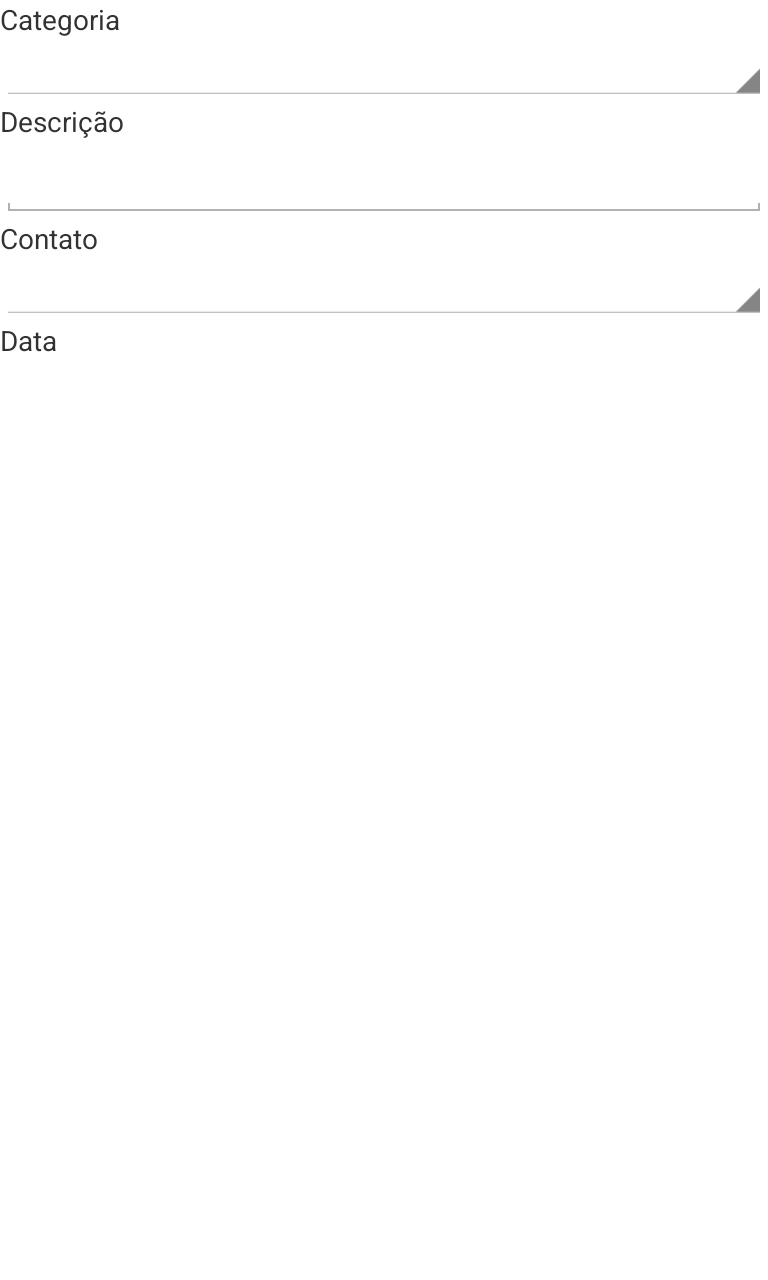
Repository: felipemfp/android-workspace
Layout: Aula06/res/layout/activity_novo_emprestimo.xml
The author's editor kept a copy of each file at every save. The layout is drawn from the files as they stood at one save, then again after a run of saves.
It is drawn on a 768 x 1280 px phone screen (xhdpi) without system bars, with theme AppTheme; the app's code is not run.

Above is the layout before, as saved 2015-12-17 02:13:39.

### Aula06/res/layout/activity_novo_emprestimo.xml
<?xml version="1.0" encoding="utf-8"?>
<LinearLayout xmlns:android="http://schemas.android.com/apk/res/android"
    android:layout_width="match_parent"
    android:layout_height="match_parent"
    android:orientation="vertical" >

	<TextView
	        android:layout_width="match_parent"
	        android:layout_height="wrap_content"
	        android:text="@string/categoria" />

	<Spinner
	        android:layout_width="match_parent"
	        android:layout_height="wrap_content"
	        android:id="@+id/ne_catg" />

	<TextView
	        android:layout_width="match_parent"
	        android:layout_height="wrap_content"
	        android:text="@string/descricao" />

	<EditText
	        android:layout_width="match_parent"
	        android:layout_height="wrap_content"
	        android:id="@+id/ne_desc"/>

	<TextView
	        android:layout_width="match_parent"
	        android:layout_height="wrap_content"
	        android:text="@string/contato" />

	<Spinner
	        android:layout_width="match_parent"
	        android:layout_height="wrap_content"
	        android:id="@+id/ne_nome"/>

	<TextView
	        android:layout_width="match_parent"
	        android:layout_height="wrap_content"
	        android:text="@string/data" />

	<EditText />

	<LinearLayout>

	    <Button/>
	    <Button/>

	</LinearLayout>

</LinearLayout>

### Aula06/res/values/strings.xml
<?xml version="1.0" encoding="utf-8"?>
<resources>

    <string name="app_name">Controle de Empréstimo</string>
    <string name="action_settings">Settings</string>
    <string name="novo">Novo</string>
    <string name="categoria">Categoria</string>
    <string name="contato">Contato</string>
    <string name="data">Data</string>
    <string name="descricao">Descrição</string>
    <string name="cancelar">Cancelar</string>
    <string name="inserir">Inserir</string>
    <string name="infoDescricao">Descrição não informada!</string>
    <string name="infoContato">Contato não informado!</string>
    <string name="infoData">Data não informada!</string>
    <string name="ok">OK</string>

    <string-array name="listaCategoria">
        <item>BD</item>
        <item>CD</item>
        <item>DVD</item>
        <item>Livro</item>
    </string-array>

</resources>

Loaded but not shown: Aula06/res/values/styles.xml (common file); Aula06/res/values-v11/styles.xml (common file); Aula06/res/values-v14/styles.xml (common file)

After the next 3 saves:
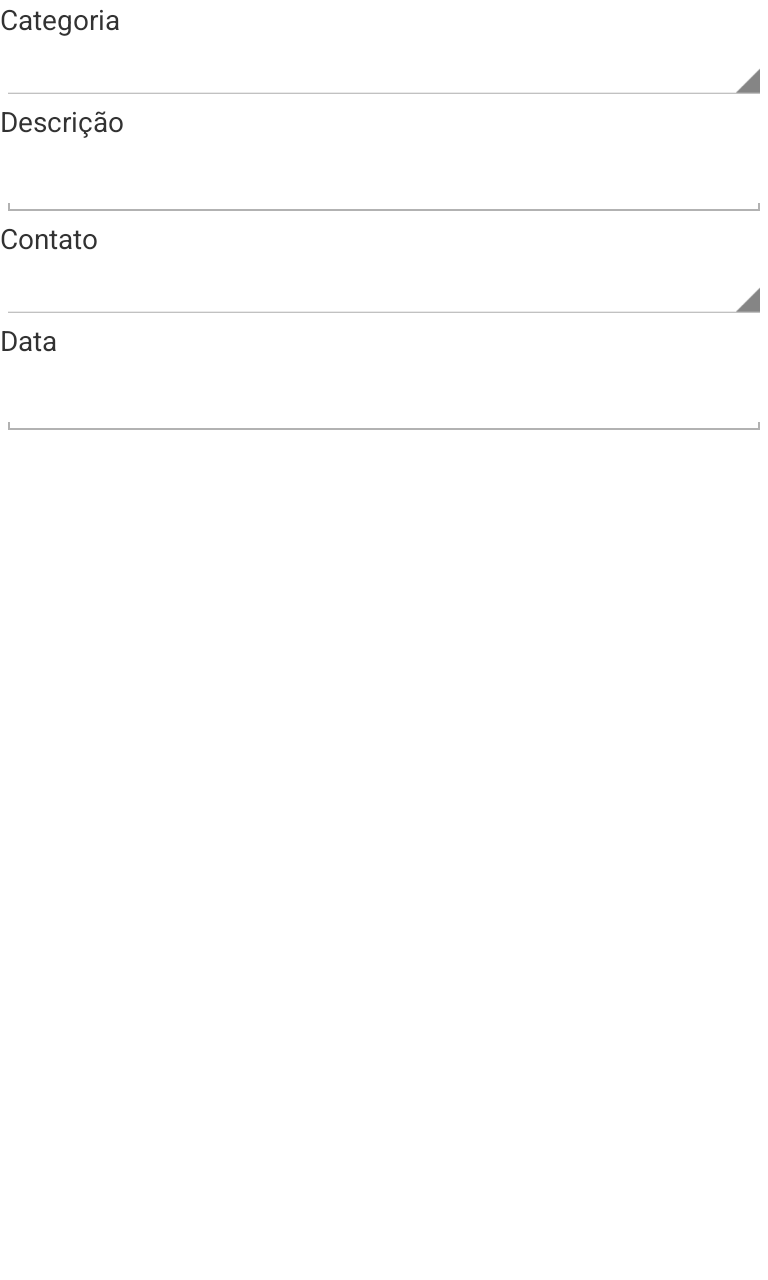
The 3 saves are shown as one change because they came seconds apart.
The last was saved 15 s later.
--- a/Aula06/res/layout/activity_novo_emprestimo.xml
+++ b/Aula06/res/layout/activity_novo_emprestimo.xml
@@ -22,7 +22,8 @@
 	<EditText
 	        android:layout_width="match_parent"
 	        android:layout_height="wrap_content"
-	        android:id="@+id/ne_desc"/>
+	        android:id="@+id/ne_desc"
+	        android:inputType="text"/>
 
 	<TextView
 	        android:layout_width="match_parent"
@@ -39,7 +40,11 @@
 	        android:layout_height="wrap_content"
 	        android:text="@string/data" />
 
-	<EditText />
+	<EditText
+	        android:layout_width="match_parent"
+	        android:layout_height="wrap_content"
+	        android:id="@+id/ne_desc"
+	        android:inputType="text"/>
 
 	<LinearLayout>
 
